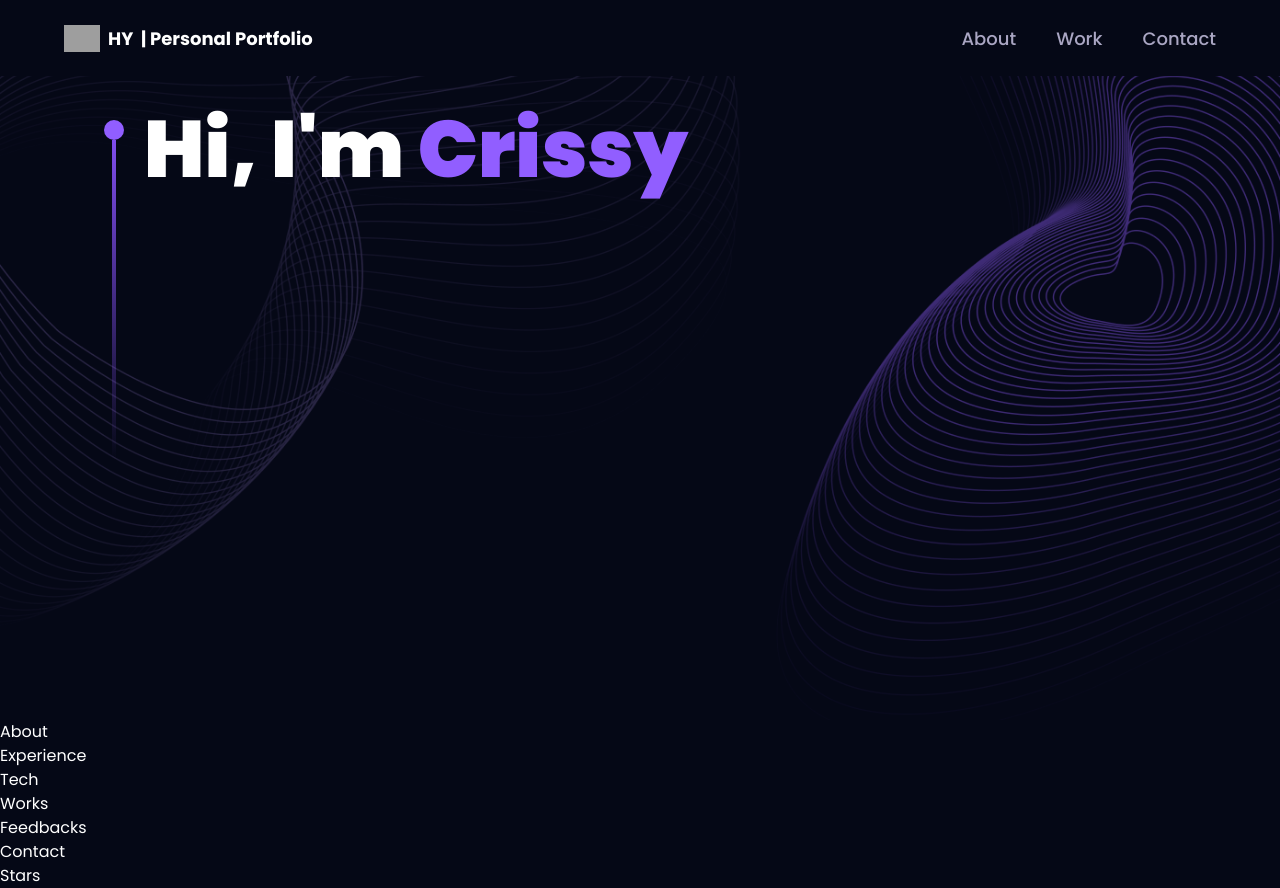
Repository: huiyyee/3d_portfolio
Page: /
These files come from the project's save history. The page is drawn as it stood at one moment and after the next save; the edit follows.
The browser window is 1280 px wide. The pictures show the whole page.
Pictures or frames that could not be fetched are drawn as grey boxes. The project was rebuilt for these pictures with package versions that can differ from the ones it lists, and the page was loaded fresh each time. Also part of the build but not shown: vite.config.js, src/components/canvas/Earth.jsx, src/components/canvas/Ball.jsx, src/components/canvas/Computers.jsx.

Above is the page before, as saved 2024-10-10 23:35:43.

After the next save:
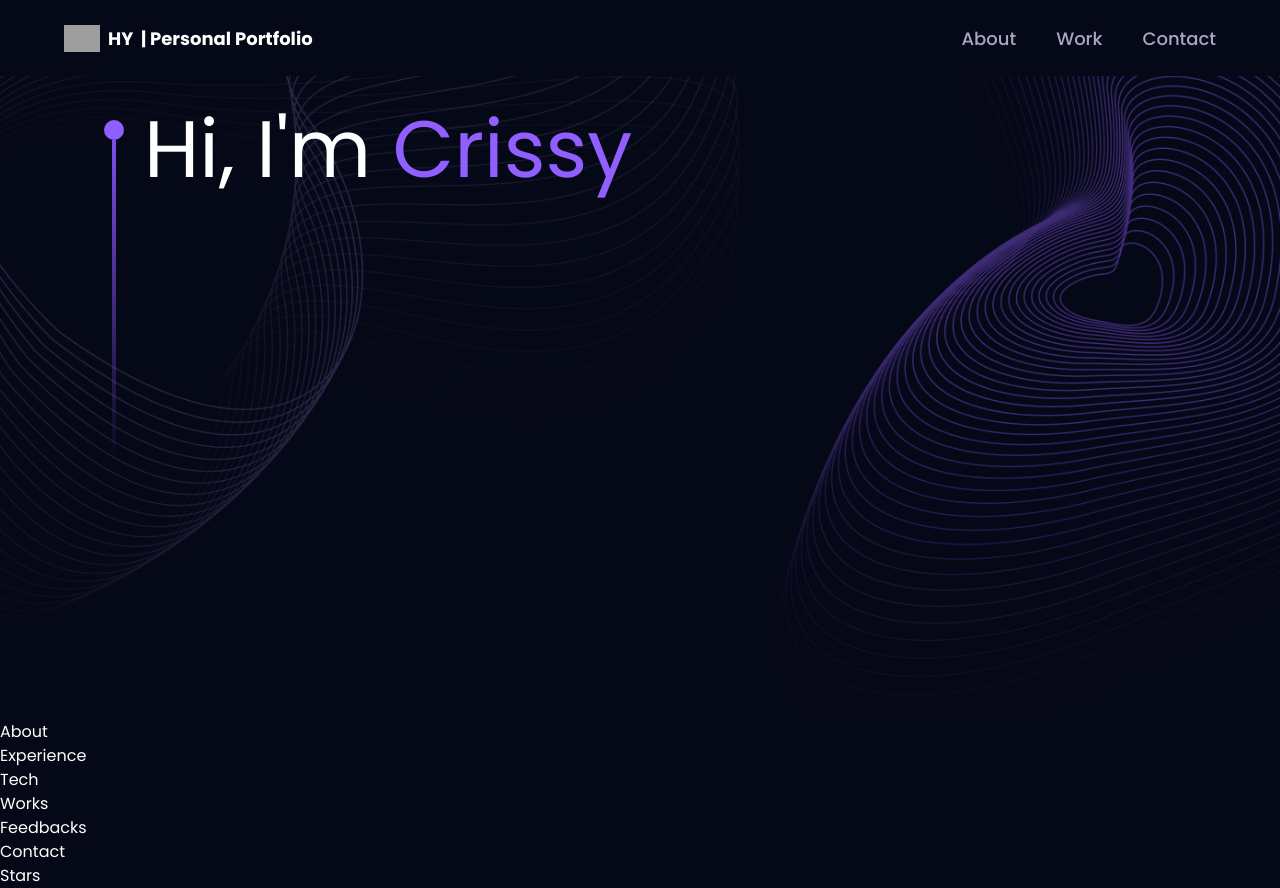
Saved 14 s later.
--- a/src/components/Hero.jsx
+++ b/src/components/Hero.jsx
@@ -13,7 +13,7 @@
           <div className='w-1 sm:h-80 h-40 violet-gradient'/>
         </div>
       <div>
-        <h1 className={`${styles.heroHeadText}text-white`}>Hi, I'm <span className='text-[#915eff]'>Crissy
+        <h1 className={`text-[10px]${styles.heroHeadText}text-white`}>Hi, I'm <span className='text-[#915eff]'>Crissy
           </span></h1>
       </div>
       </div>

After the 3 saves that followed:
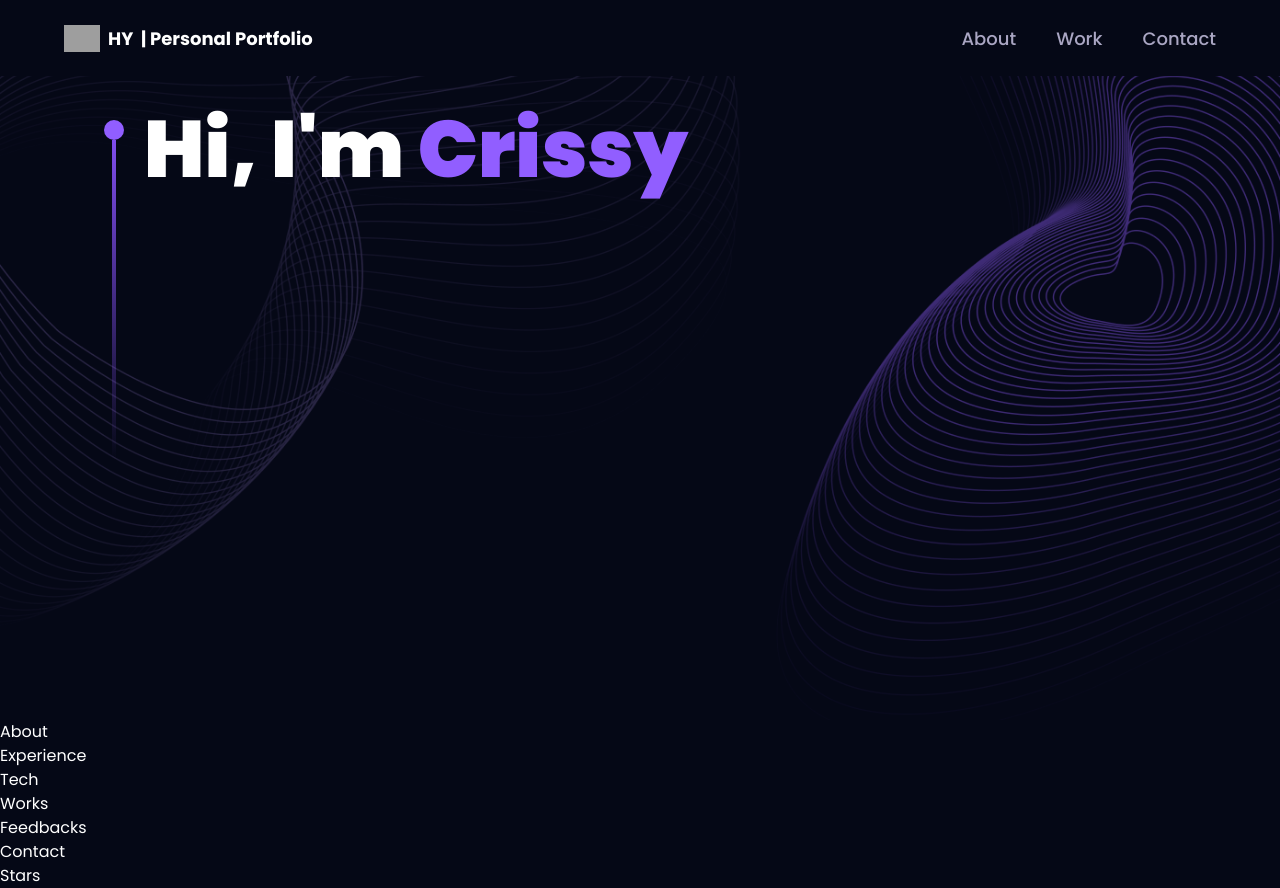
The 3 saves are shown as one change because 1 left the picture as it was and some came seconds apart.
The last was saved 20 s later.
--- a/src/components/Hero.jsx
+++ b/src/components/Hero.jsx
@@ -13,7 +13,7 @@
           <div className='w-1 sm:h-80 h-40 violet-gradient'/>
         </div>
       <div>
-        <h1 className={`text-[10px]${styles.heroHeadText}text-white`}>Hi, I'm <span className='text-[#915eff]'>Crissy
+        <h1 className={`${styles.heroHeadText}text-white`}>Hi, I'm <span className='text-[#915eff]'>Crissy
           </span></h1>
       </div>
       </div>
